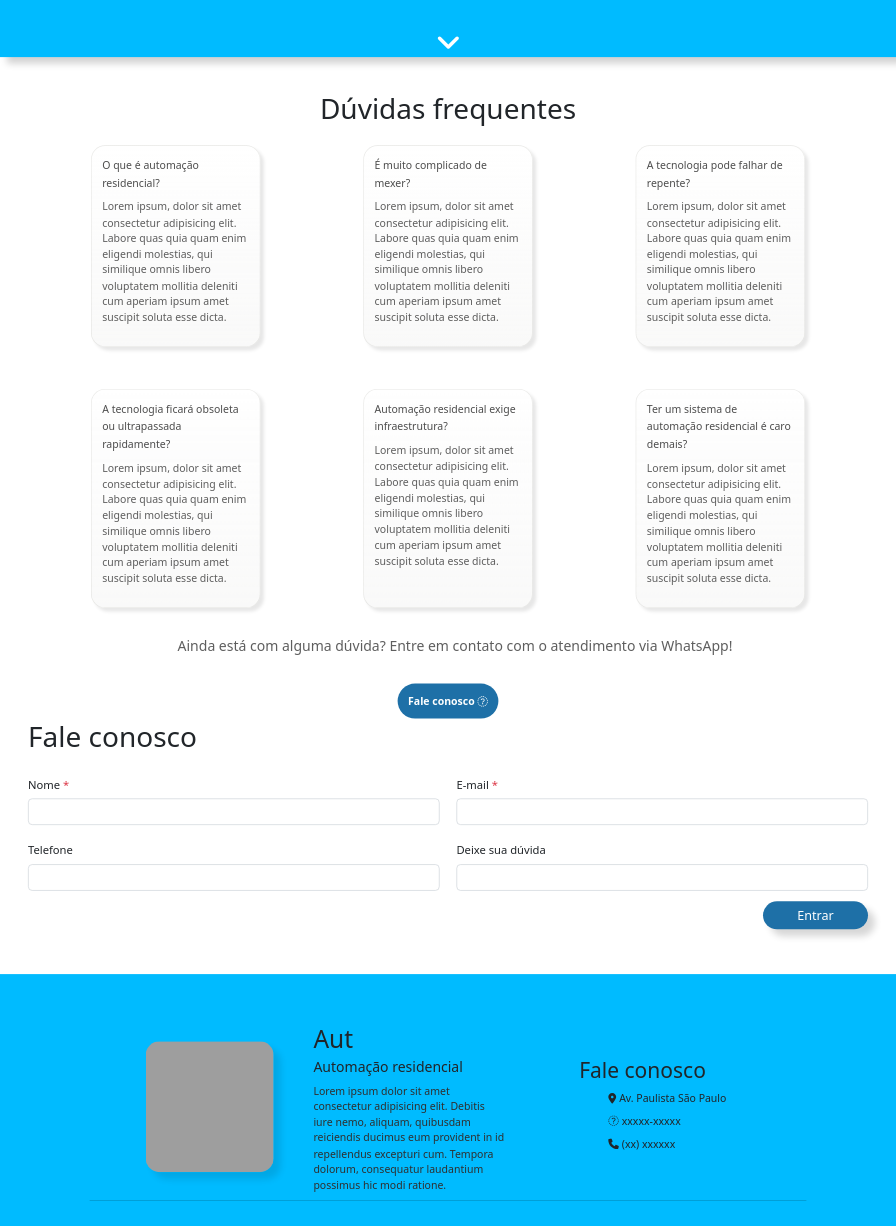
Repository: BulleST/SouHi_Institucional
Page: home.html
An editor plug-in stored every save of this project. The page is shown before and after the next save, followed by the edit.
The browser window is 1280 px wide. The pictures show the part of the page from y = 1601 to 3521 px (the page is 3353 px tall before and 3082 px after), at 70% of full size.
Pictures or frames that could not be fetched are drawn as grey boxes.

Above is the page before, as saved 2022-10-27 17:25:53.

### home.html
<!DOCTYPE html>
<html lang="pt-br">

<head>
  <meta charset="UTF-8">
  <meta http-equiv="X-UA-Compatible" content="IE=edge">
  <meta name="viewport" content="width=device-width, initial-scale=1.0">
  <title>SouHi - Soluções Automatizadas</title>

  <script src="https://code.jquery.com/jquery-3.6.1.js" integrity="sha256-3zlB5s2uwoUzrXK3BT7AX3FyvojsraNFxCc2vC/7pNI="
    crossorigin="anonymous"></script>


    <!-- Bootstrap -->
<link href="https://cdn.jsdelivr.net/npm/bootstrap@5.2.2/dist/css/bootstrap.min.css" rel="stylesheet" integrity="sha384-Zenh87qX5JnK2Jl0vWa8Ck2rdkQ2Bzep5IDxbcnCeuOxjzrPF/et3URy9Bv1WTRi" crossorigin="anonymous">
<script src="https://cdn.jsdelivr.net/npm/bootstrap@5.2.2/dist/js/bootstrap.bundle.min.js" integrity="sha384-OERcA2EqjJCMA+/3y+gxIOqMEjwtxJY7qPCqsdltbNJuaOe923+mo//f6V8Qbsw3" crossorigin="anonymous"></script>
  <!-- Fontawesome -->
  <link rel="stylesheet" href="https://cdnjs.cloudflare.com/ajax/libs/font-awesome/6.2.0/css/all.min.css"
    integrity="sha512-xh6O/CkQoPOWDdYTDqeRdPCVd1SpvCA9XXcUnZS2FmJNp1coAFzvtCN9BmamE+4aHK8yyUHUSCcJHgXloTyT2A=="
    crossorigin="anonymous" referrerpolicy="no-referrer" />
  <script src="https://cdnjs.cloudflare.com/ajax/libs/font-awesome/6.2.0/js/all.min.js"
    integrity="sha512-naukR7I+Nk6gp7p5TMA4ycgfxaZBJ7MO5iC3Fp6ySQyKFHOGfpkSZkYVWV5R7u7cfAicxanwYQ5D1e17EfJcMA=="
    crossorigin="anonymous" referrerpolicy="no-referrer"></script>

  <!-- Slick Carousel -->
  <link rel="stylesheet" type="text/css" href="https://cdn.jsdelivr.net/npm/slick-carousel@1.8.1/slick/slick.css" />
  <script type="text/javascript" src="https://cdn.jsdelivr.net/npm/slick-carousel@1.8.1/slick/slick.min.js"></script>

  <!-- AOS -->
  <link rel="stylesheet" href="https://unpkg.com/aos@next/dist/aos.css">
  <script src="https://unpkg.com/aos@next/dist/aos.js"></script>

  <link rel="stylesheet" href="style.css">
  <script src="script.js" defer></script>

</head>

<body>
  <header>
    <div class="header-container bg-on" id="header">
      <div class="header-position">
        <div class="flex-item-image">
          <img src="img/logo_claro.png" alt="Logo Souhi">
        </div>
        <div class="flex-item-rotas">
          <nav class="rotas">
            <ul>
            <li> <a class="header__navigation-link" href="#home">Home</a></li>
              <li><a class="header__navigation-link" href="#quem-somos">Quem somos</a></li>
              <li><a class="header__navigation-link" href="#produtos">Ofertas</a></li>
              <li><a class="header__navigation-link" href="#duvidas">FAQ</a></li>
              <li><a class="header__navigation-link" href="#contatos">Contatos</a></li>
            </ul>
          </nav>
        </div>
        <div class="flex-item-contato">
          <a href="" class="btn-fale-conosco">Fale conosco!</a>
        </div>
      </div>
    </div>
  </header>


  <section>
    <section class="carrossel" id="inicio">
      <button class="btn-scroll-down">
        <i class="fas fa-chevron-down"></i>
      </button>
      <div class="slider">
        <div class=" first-item">
          <div class="slider__item-inner slider__item d-flex first-item-inner">
            <div class="slider__item-content first-content">
              <h3>Lorem Ipsum</h3>
              <hr>
              <p>Lorem ipsum dolor, sit amet consectetur adipisicing elit. Beatae fugiat voluptas consequatur voluptate perspiciatis aspernatur voluptates dolores inventore vero incidunt officia, modi dolorum. </p>
              <p class="my-2">Conheça nossos produtos!</p>
              <button class="btn btn-confira">Confira</button>
            </div>
            <div class="slider__item-image first-image">
              <img src="./img/house.png" alt="">
            </div>
          </div>
        </div>
        <div class="  second-item">

          <div class=" d-flex slider__item  second-item-inner">

            <div class="second-contain">
              <div class=" second-image">

                <img src="img/ic_launcher.png" alt="" >
                <img src="./img/phone.png" alt="">

              </div>
            <div class=" second-content">
              <h3>Lorem Ipsum</h3>

              <p>Lorem ipsum dolor, sit amet consectetur adipisicing elit.  </p>
              <a href="" class="btn-fale-conosco">Fale conosco!</a>

            </div>

          </div>

          </div>
        </div>
        <div class="  third-item">
          <div class=" d-flex slider__item  third-item-inner">
            <div class="third-contain">
              <div class=" third-image">
                <img src="img/smart-house-8.png" alt="" >
              </div>
            <div class=" third-content">
              <h3>Lorem Ipsum Ipsum</h3>
              <p>Lorem ipsum dolor, sit amet consectetur adipisicing elit. Lorem ipsum dolor, sit amet consectetur adipisicing elit. orem ipsum dolor, sit amet consectetur adipisicing elit. </p>
              <a href="" class="btn-fale-conosco mt-2">Fale conosco!</a>
            </div>
          </div>
          </div>
        </div>
        </div>
      </div>
    </section>

    <div class="bg">
      <div class="container wrapper">
        <section class="quem-somos" id="quem-somos">
          <img src="img/teste.jpg" alt="" class="imagem" data-aos="fade-right">
          <div class="texto" data-aos="fade-left">

            <h1>Quem somos</h1>
            <p>Lorem ipsum, dolor sit amet consectetur adipisicing elit. Iure, obcaecati alias magni reiciendis non ipsa
              asperiores deserunt quibusdam quasi ut odit, quaerat ex eum fugit pariatur rerum eius vitae maiores?</p>

            <button class="btn">Saiba mais <span> <i class="fa-solid fa-angles-right"></i></span></button>
          </div>
        </section>
        <div class="beneficios">
          <div class="card card-1" data-aos="fade-up">
            <div class="card-texto">
              <span> <i class="fa-solid fa-dollar-sign icone-card"></i></span>
              <h1>Economia</h1>
              <p>Lorem, ipsum dolor sit amet consectetur adipisicing elit. Saepe placeat repellat magni est praesentium
                quaerat aspernatur incidunt sint, quisquam voluptates aut fugiat vel dolorum maxime alias autem, sunt
                quae amet!</p>
            </div>
          </div>
          <div class="card card-2" data-aos="fade-up">
            <div class="card-texto">
              <span> <i class="fa-solid fa-shield icone-card"></i></span>
              <h1>Segurança</h1>
              <p>Lorem, ipsum dolor sit amet consectetur adipisicing elit. Saepe placeat repellat magni est praesentium
                quaerat aspernatur incidunt sint, quisquam voluptates aut fugiat vel dolorum maxime alias autem, sunt
                quae amet!</p>
            </div>
          </div>
          <div class="card card-3" data-aos="fade-up">
            <div class="card-texto">
              <span> <i class="fa-solid fa-check icone-card"></i></span>
              <h1>Conveniência</h1>
              <p>Lorem, ipsum dolor sit amet consectetur adipisicing elit. Saepe placeat repellat magni est praesentium
                quaerat aspernatur incidunt sint, quisquam voluptates aut fugiat vel dolorum maxime alias autem, sunt
                quae amet!</p>
            </div>
          </div>
          <div class="card card-4" data-aos="fade-up">
            <div class="card-texto">
              <span> <i class="fa-solid fa-couch icone-card"></i></span>
              <h1>Conforto</h1>
              <p>Lorem, ipsum dolor sit amet consectetur adipisicing elit. Saepe placeat repellat magni est praesentium
                quaerat aspernatur incidunt sint, quisquam voluptates aut fugiat vel dolorum maxime alias autem, sunt
                quae amet!</p>
            </div>
          </div>
        </div>
      </div>


      <div class="produtos-fechado" id="produtos">
        <div class="produtos-texto">
          <h1>O que você quer automatizar?</h1>
          <p>Lorem ipsum dolor sit, amet consectetur adipisicing elit. Explicabo odit eveniet molestiae reiciendis ab
            odio ipsum labore! Culpa optio consectetur, laboriosam quia enim vitae consequuntur tempora id in quos
            ipsum!</p>

          <span class="pra"><i class="fa-solid fa-angle-down down" id="show-or-hide"></i></span>
        </div>

      </div>
      <!-- <div class="produtos-aberto">
        <div class=" sessao  mySwiper container">
          <div class="swiper-wrapper content">

            <div class="swiper-slide card">
              <div class="card-content">

                <div class="image">
                  <img src="https://source.unsplash.com/random/250x250" alt="" class="eseu">

                </div>
              </div>
            </div>

            <div class="swiper-slide card">
              <div class="card-content">

                <div class="image">
                  <img src="https://source.unsplash.com/random/250x250" alt="" class="eseu">
                </div>
              </div>
            </div>

            <div class="swiper-slide card">

              <div class="card-content">

                <div class="image">
                  <img src="https://source.unsplash.com/random/250x250" alt="" class="eseu">
                </div>
              </div>
            </div>

            <div class="swiper-slide card">
              <div class="card-content">


                <div class="image">

                  <img src="https://source.unsplash.com/random/250x250" alt="" class="eseu">
                </div>
              </div>
            </div>
          </div>
        </div>
        <div class="swiper-button-next"></div>
        <div class="swiper-button-prev"></div>
        <div class="swiper-paggination"></div>
      </div> -->
    </div>






    <div class="wrapper">
      <div class="duvidas" id="duvidas">
        <h1>Dúvidas frequentes</h1>
        <div class="duvida-card">
          <div class="grupo1">
            <div class="duvida s1 " data-aos="fade-up">
              <span>
                <fa-icon [icon]="['fas', 'question-circle']" class="duvidas-icones"></fa-icon>
                <h2>O que é automação residencial?</h2>
              </span>
              <p>Lorem ipsum, dolor sit amet consectetur adipisicing elit. Labore quas quia quam enim eligendi
                molestias, qui similique omnis libero voluptatem mollitia deleniti cum aperiam ipsum amet suscipit
                soluta esse dicta.</p>
            </div>
            <div class="duvida s2 " data-aos="fade-up">
              <span>
                <fa-icon [icon]="['fas', 'question-circle']" class="duvidas-icones"></fa-icon>
                <h2>É muito complicado de mexer?</h2>
              </span>

              <p>Lorem ipsum, dolor sit amet consectetur adipisicing elit. Labore quas quia quam enim eligendi
                molestias, qui similique omnis libero voluptatem mollitia deleniti cum aperiam ipsum amet suscipit
                soluta esse dicta.</p>
            </div>
            <div class="duvida s3 " data-aos="fade-up">
              <span>
                <fa-icon [icon]="['fas', 'question-circle']" class="duvidas-icones"></fa-icon>
                <h2>A tecnologia pode falhar de repente?</h2>
              </span>

              <p>Lorem ipsum, dolor sit amet consectetur adipisicing elit. Labore quas quia quam enim eligendi
                molestias, qui similique omnis libero voluptatem mollitia deleniti cum aperiam ipsum amet suscipit
                soluta esse dicta.</p>
            </div>
          </div>
          <div class="grupo2">


            <div class="duvida s4 " data-aos="fade-up">
              <span>
                <fa-icon [icon]="['fas', 'question-circle']" class="duvidas-icones"></fa-icon>
                <h2>A tecnologia ficará obsoleta ou ultrapassada rapidamente?</h2>
              </span>

              <p>Lorem ipsum, dolor sit amet consectetur adipisicing elit. Labore quas quia quam enim eligendi
                molestias, qui similique omnis libero voluptatem mollitia deleniti cum aperiam ipsum amet suscipit
                soluta esse dicta.</p>


            </div>
            <div class="duvida s5 " data-aos="fade-up">
              <span>
                <fa-icon [icon]="['fas', 'question-circle']" class="duvidas-icones"></fa-icon>
                <h2>Automação residencial exige infraestrutura?</h2>
              </span>

              <p>Lorem ipsum, dolor sit amet consectetur adipisicing elit. Labore quas quia quam enim eligendi
                molestias, qui similique omnis libero voluptatem mollitia deleniti cum aperiam ipsum amet suscipit
                soluta esse dicta.</p>
            </div>
            <div class="duvida s6 " data-aos="fade-up">
              <span>
                <fa-icon [icon]="['fas', 'question-circle']" class="duvidas-icones"></fa-icon>
                <h2>Ter um sistema de automação residencial é caro demais?</h2>
              </span>

              <p>Lorem ipsum, dolor sit amet consectetur adipisicing elit. Labore quas quia quam enim eligendi
                molestias, qui similique omnis libero voluptatem mollitia deleniti cum aperiam ipsum amet suscipit
                soluta esse dicta.</p>
            </div>
          </div>
        </div>
        <div class="duvidas-link">
          <p>Ainda está com alguma dúvida? Entre em contato com o atendimento via WhatsApp!</p>
          <a href="" class="duvidas-link-a">Fale conosco <i class='fa fa-whatsapp'></i></a>

        </div>
      </div>
    </div>
    <div class="wrapper">
    <div class="fale-conosco">
      <h1>Fale conosco</h1>
      <form action="">
        <div class="row">
        <div action="" class="form-group mt-4 col-6">
          <label for="" class="form-label">Nome<span class="text-danger"> *</span></label>
          <input type="text" class="form-control" required>
        </div>
        <div action="" class="form-group mt-4 col-6">
          <label for="" class="form-label">E-mail<span class="text-danger"> *</span></label>
          <input type="text" class="form-control" required>
        </div>
      </div>
      <div class="row">
        <div action="" class="form-group mt-4 col-6">
          <label for="" class="form-label">Telefone</label>
          <input type="text" class="form-control">
        </div>
        <div action="" class="form-group mt-4 col-6">
          <label for="" class="form-label">Deixe sua dúvida</label>
          <input type="textarea" class="form-control"  cols="120" rows="8" >
        </div>
      </div>
        <div class="form-group d-flex justify-content-end ">
          <button type="submit" class=" botao-fale-conosco">Entrar</button>
        </div>



      </form>
    </div>
  </div>

    </div>


 <div class="link-top link-on" ><a href="#inicio">


  <i class="fa-solid fa-angle-up"></i></a></div>
  </section>

  <section class="footer">

    </div>
    <div class="footer-position">
      <div class="finalizacao">
        <img src="img/pexels-liza-summer-6347719.jpg" alt="" class="footer-img">
        <div class="texto">
          <h1>Aut</h1>
          <h2>Automação residencial</h2>
          <p>Lorem ipsum dolor sit amet consectetur adipisicing elit. Debitis iure nemo, aliquam, quibusdam reiciendis
            ducimus eum provident in id repellendus excepturi cum. Tempora dolorum, consequatur laudantium possimus hic
            modi ratione.</p>
        </div>
      </div>
      <div class="contato">
        <div class="contato-texto">
          <h2>Fale conosco</h2>

          <ul>
            <li><i class="fa-solid fa-location-dot"></i> Av. Paulista São Paulo </li>
            <li><i class='fa fa-whatsapp'></i> xxxxx-xxxxx</li>
            <li><i class="fa-solid fa-phone"></i> (xx) xxxxxx</li>
          </ul>
        </div>
      </div>

    </div>

  </section>

</body>


<script>




</script>

</html>

Loaded but not shown: script.js (75 lines, source omitted); style.css (1128 lines, source omitted)

After the next save:
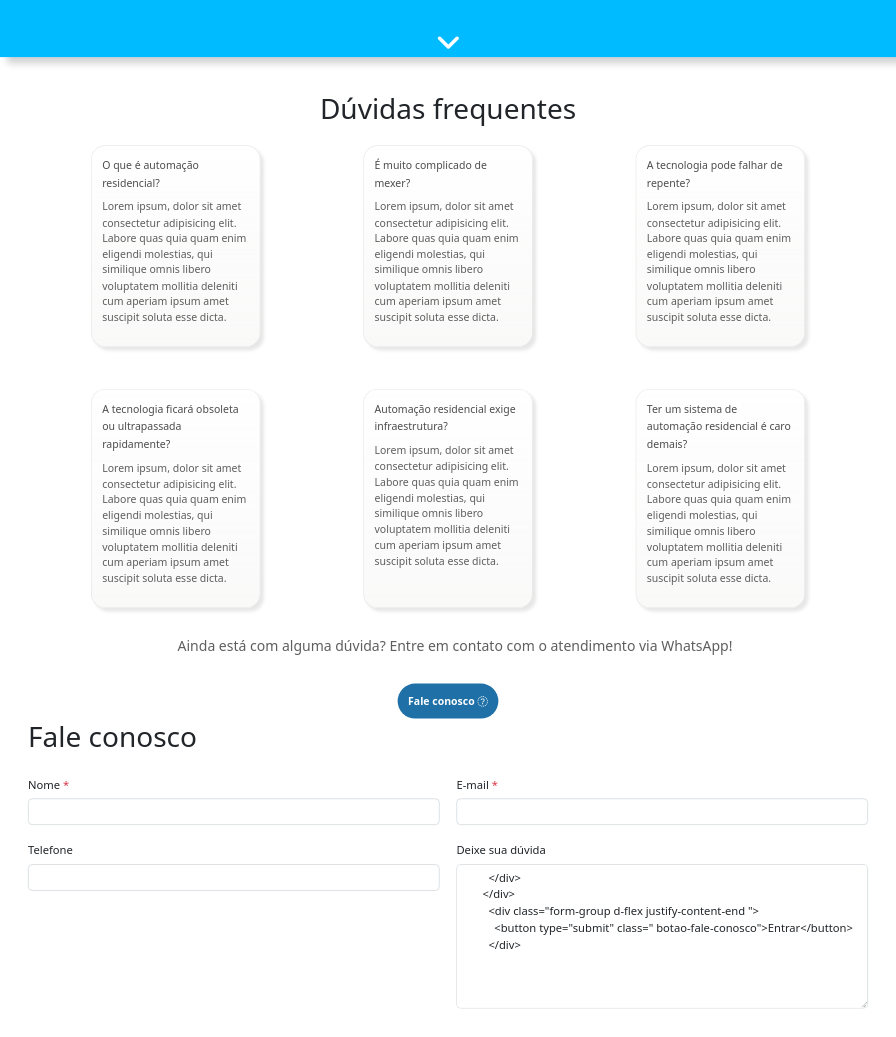
Console error: TypeError: Cannot read properties of null (reading 'classList')
Saved 48 s later.
--- a/home.html
+++ b/home.html
@@ -343,7 +343,7 @@
         </div>
         <div action="" class="form-group mt-4 col-6">
           <label for="" class="form-label">Deixe sua dúvida</label>
-          <input type="textarea" class="form-control"  cols="120" rows="8" >
+          <textarea type="textarea" class="form-control"  cols="120" rows="8" >
         </div>
       </div>
         <div class="form-group d-flex justify-content-end ">

After the save that followed:
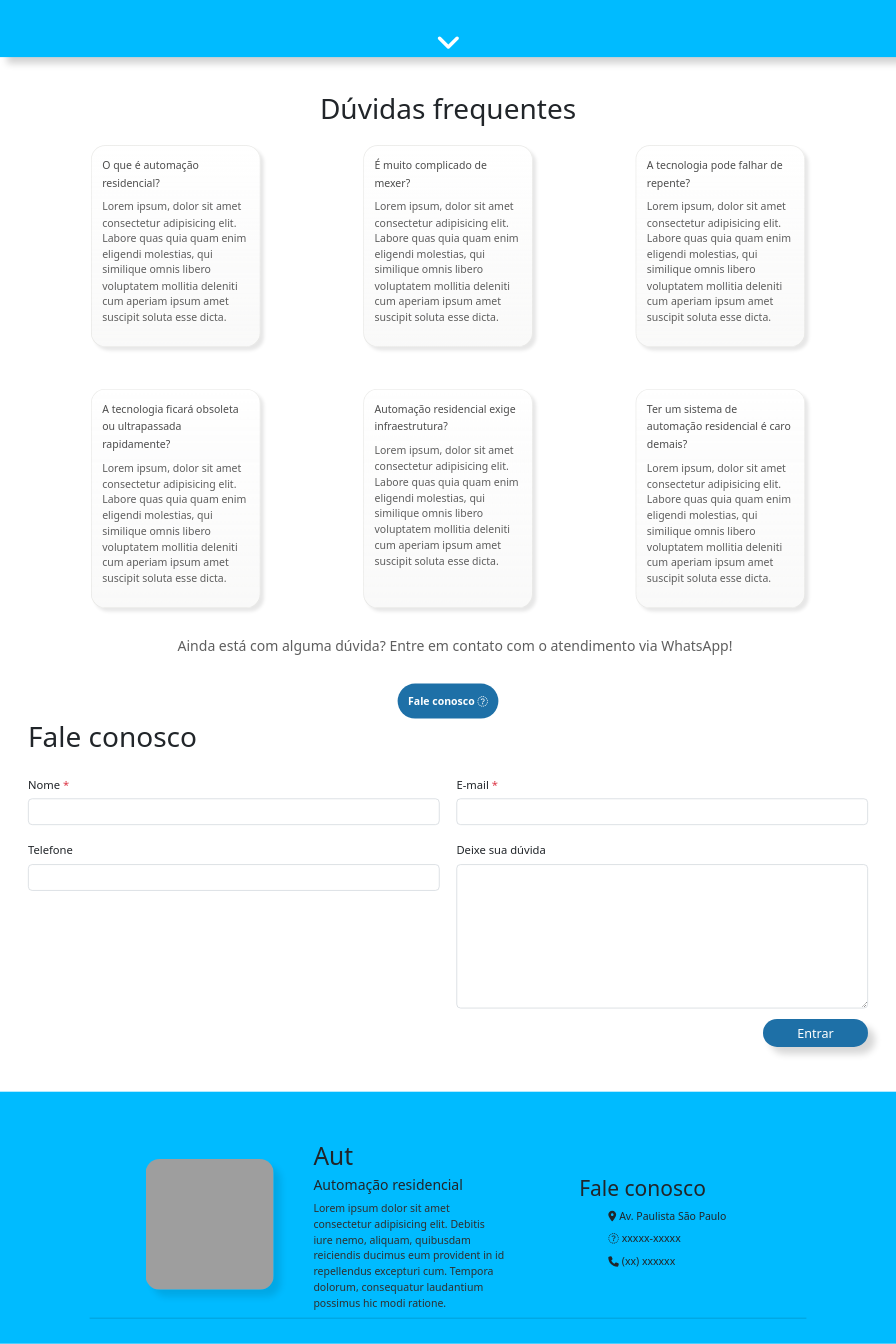
The error is gone.
Saved 6 s later.
--- a/home.html
+++ b/home.html
@@ -343,7 +343,7 @@
         </div>
         <div action="" class="form-group mt-4 col-6">
           <label for="" class="form-label">Deixe sua dúvida</label>
-          <textarea type="textarea" class="form-control"  cols="120" rows="8" >
+          <textarea type="textarea" class="form-control"  cols="120" rows="8" ></textarea>
         </div>
       </div>
         <div class="form-group d-flex justify-content-end ">
